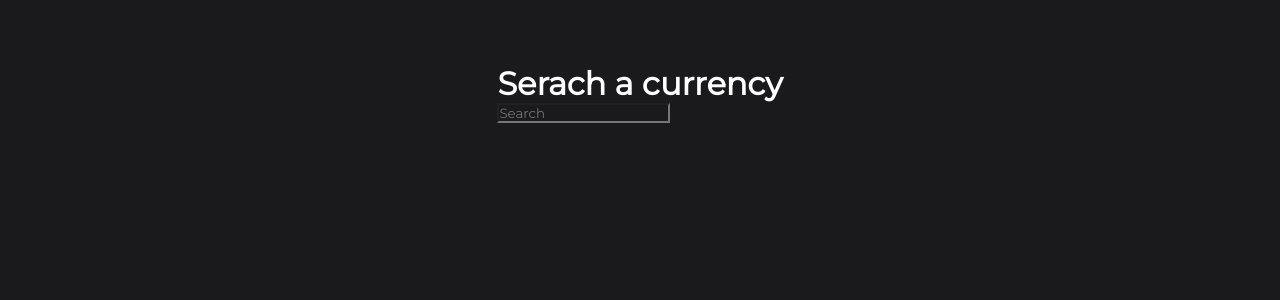
Repository: Malooyyy/crypto-tracker
Page: /
The author's editor kept a copy of each file at every save. The page is drawn from the files as they stood at one save, then again after the next save.
The browser window is 1280 px wide. The pictures show the whole page.
The page's requests for data from a server got no answer. The project was rebuilt for these pictures with package versions that can differ from the ones it lists, and the page was loaded fresh each time. No one was signed in, and anything a server would have sent is missing. Also part of the build but not shown: src/Coin.css, src/Coin.js.

Above is the page before, as saved 2022-06-29 00:07:44.

### src/index.css
@import url('https://fonts.googleapis.com/css2?family=Montserrat&display=swap');

* {
  box-sizing: border-box;
  margin: 0;
  padding: 0;
  font-family: 'Montserrat', sans-serif;
  background-color: #1a1a1c;
  color: #fff;
}

.coin-app {
  display: flex;
  flex-direction: column;
  align-items: center;
  margin-top: 64px;
  color: #fff;
}

### src/App.js
import React, {useEffect, useState} from 'react';
import axios from 'axios';
import Coin from './Coin.js'


function App() {
  const[coins, setCoins] = useState([]);
  const [search, setSearch] = useState('')

  useEffect(() => {
    axios
    .get('https://api.coingecko.com/api/v3/coins/markets?vs_currency=usd&order=market_cap_desc&per_page=100&page=1&sparkline=false')
    .then(res => {
      setCoins(res.data);
    })
    .catch( error => console.log(error));
  }, []);

  const handleChange = e => {
    setSearch(e.target.value)
  }

  const filteredCoins = coins.filter(coin =>
    coin.name.toLowerCase().includes(search.toLowerCase())
    )

  return (
    <div className="coin-app">
      <div className="coin-serach">
        <h1 className="coin-text">Serach a currency</h1>
        <form>
          <input placeholder='Search' className='coin-input' type="text" onChange={handleChange} />
        </form>
      </div>
      {filteredCoins.map(coin => {
        return (
          <Coin key={coin.id}
          name={coin.name}
          image={coin.image}
          symbol={coin.symbol}
          marketcap={coin.market_cap}
          price={coin.current_price}
          priceChange={coin.price_change_percentage_24h}
          volume={coin.total_volume}
          />
        );
      })}
    </div>
  );
}

export default App;

Loaded but not shown: public/index.html (common file); src/index.js (common file)

After the next save:
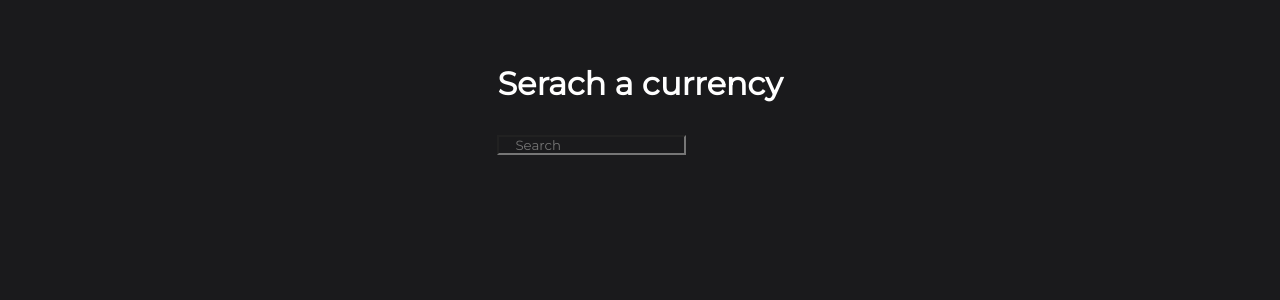
Saved 90 s later.
--- a/src/index.css
+++ b/src/index.css
@@ -16,3 +16,20 @@
   margin-top: 64px;
   color: #fff;
 }
+
+.coin-search {
+  margin-bottom: 64px;
+  display: flex;
+  flex-direction: column;
+  justify-content: center;
+  align-items: center;
+}
+
+.coin-text {
+  margin-bottom: 32px;
+  text-align: center;
+}
+
+.coin-input {
+  padding-left: 16px;
+}
